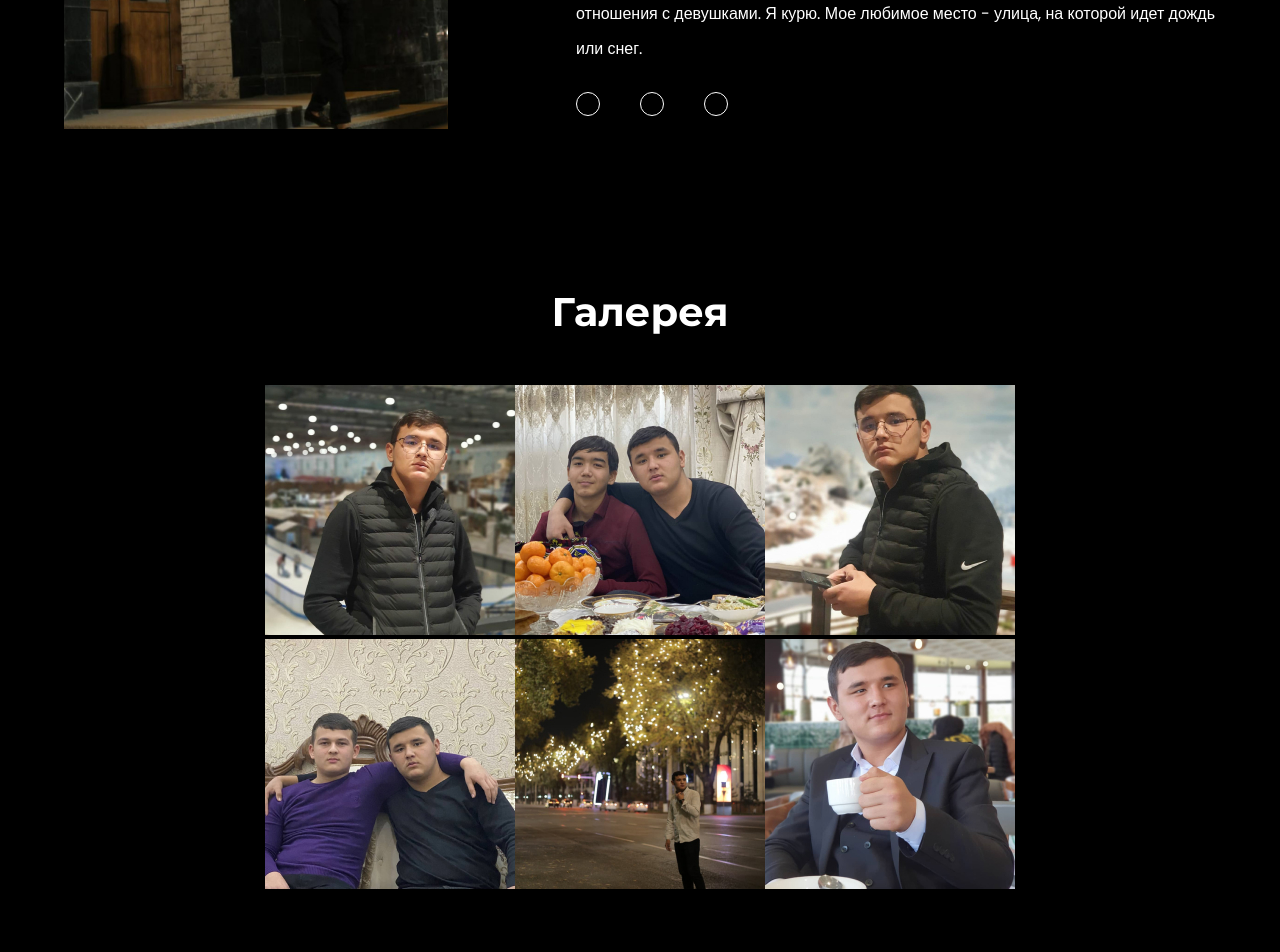
Repository: sardorexe/xishnik
Page: /
These files come from the project's save history. The page is drawn as it stood at one moment and after the next save; the edit follows.
The browser window is 1280 px wide. The pictures show the part of the page from y = 1208 to 2160 px (the page is 2160 px tall).
Some icons come from a web library that is not loaded, so they are not drawn. Some web libraries are served in a nearby version. The project was rebuilt for these pictures with package versions that can differ from the ones it lists, and the page was loaded fresh each time. Some packages were replaced by stand-ins written for this rebuild. The framework's server and built-in components were replaced by stand-ins that run in the browser. Also part of the build but not shown: next.config.js.

Above is the page before, as saved 2021-09-27 21:28:26.

### pages/_app.js
import "../styles/globals.css";
import Layout from "../comps/layout";
import Head from "next/head";

function MyApp({ Component, pageProps }) {
  return (
    <>
      <Head>
        <link
          rel="stylesheet"
          href="https://pro.fontawesome.com/releases/v5.10.0/css/all.css"
          integrity="sha384-AYmEC3Yw5cVb3ZcuHtOA93w35dYTsvhLPVnYs9eStHfGJvOvKxVfELGroGkvsg+p"
          crossorigin="anonymous"
        />
      </Head>
      <Layout>
        <Component {...pageProps} />
      </Layout>
    </>
  );
}

export default MyApp;

### pages/_document.js
import Document, { Html, Head, Main, NextScript } from "next/document";

class MyDocument extends Document {
  static async getInitialProps(ctx) {
    const initialProps = await Document.getInitialProps(ctx);
    return { ...initialProps };
  }

  render() {
    return (
      <Html lang="en">
        <Head />
        <body>
          <Main />
          <NextScript />
        </body>
      </Html>
    );
  }
}

export default MyDocument

### pages/index.js
import Head from "next/head";
import Biography from "../comps/Biography";
import Gallery from "../comps/Gallery";
import Header from "../comps/Header";

export default function Home() {
  return (
    <>
      <Head>
        <title>Xishnik</title>
        <meta name="description" content="Xishnik gang bang" />
        <link rel="preconnect" href="https://fonts.googleapis.com" />
        <link rel="preconnect" href="https://fonts.gstatic.com" crossOrigin />
        <link
          href="https://fonts.googleapis.com/css2?family=Montserrat:wght@100;300;400;700&family=Poppins:wght@300;400;500;700&family=Quicksand:wght@700&display=swap&family=Racing+Sans+One&display=swap"
          rel="stylesheet"
        />
      </Head>
      <Header />
      <Biography />
      <Gallery />
    </>
  );
}

### styles/globals.css
::-webkit-scrollbar {
  display: none;
}

html,
body {
  padding: 0;
  margin: 0;
  font-family: -apple-system, BlinkMacSystemFont, Segoe UI, Roboto, Oxygen,
    Ubuntu, Cantarell, Fira Sans, Droid Sans, Helvetica Neue, sans-serif;
  box-sizing: border-box;
}

h1,
h2,
h3,
h4,
h5,
h6,
p {
  margin: 0;
  padding: 0;
}

a {
  color: inherit;
  text-decoration: none;
}

* {
  box-sizing: border-box;
}

### comps/layout.js
import Indicator from "./Indicator";

export default function Layout({ children }) {
  return (
    <>
      <Indicator />
      {children}
    </>
  );
}

### comps/Biography.js
import styles from "../styles/Biography.module.css";
import { useState, useEffect } from "react";
import AboutBox from "./miniComp/AboutBox";
import SocialMedia from "./miniComp/SocialMedia";

export default function Biography() {
  const [age, setAge] = useState(0);

  const calcAge = () => {
    let date = new Date();
    setAge(date.getFullYear() - 2004);
  };

  useEffect(() => {
    calcAge();
  }, []);

  return (
    <main className={styles.container}>
      <h1 className={styles.contentTitle}>Биография</h1>
      <div className={styles.parentContent}>
        <div className={styles.img}>
          <img
            src="/biography.jpg"
            width="100%"
            alt="xishnik, ilhom, xiwnik, hishnik, hiwnik, litsey, yurist, xorazm, gurlan"
          />
        </div>
        <div className={styles.content}>
          <h2>
            <li>Ильхaм Эгамберганов</li>
          </h2>
          <div className={styles.about}>
            <AboutBox
              icon="fal fa-calendar"
              title="Дата рождения"
              content="22.12.2004"
            />
            <AboutBox
              icon="fas fa-map-marker-alt"
              title="Место рождения"
              content="Хорезм, Узбекистан"
            />
            <AboutBox
              icon="fas fa-briefcase"
              title="Профессия"
              content="Юрист"
            />
          </div>
          <p className={styles.more}>
            Как дела? Я Ильхом. Я родился в Хорезме. Мне {age} лет. Реалист.
            Сейчас я учусь в юридическом лицее в Ташкенте. У меня немного
            друзей, но они близкие. Например, Джахонгир, Бехруз, Дениз и Сухроб.
            Это наш круг. В целом у меня хорошие отношения с девушками. Я курю.
            Мое любимое место - улица, на которой идет дождь или снег.
          </p>
          <div className={styles.social}>
            <SocialMedia
              icon="fab fa-instagram"
              url="https://instagram.com/xishnik_3583"
            />
            <SocialMedia icon="fas fa-phone" url="tel:+998974533583" />
            <SocialMedia
              icon="fab fa-telegram-plane"
              url="https://t.me/MR_ILKHAM"
            />
          </div>
        </div>
      </div>
      <div className={styles.freeContent}></div>
    </main>
  );
}

### comps/Gallery.js
import styles from "../styles/Gallery.module.css";

export default function Gallery() {
  return (
    <section className={styles.container}>
      <h1 className={styles.title}>Галерея</h1>
      <div className={styles.photos}>
        <div className={styles.photo}>
          <img
            src="/gallery1.jpg"
            alt="Xishnik jalla xishnik, ilhom, xiwnik, hishnik, hiwnik, litsey, yurist, xorazm, gurlan"
          />
        </div>
        <div className={styles.photo}>
          <img
            src="/gallery2.jpg"
            alt="Xishnik jalla xishnik, ilhom, xiwnik, hishnik, hiwnik, litsey, yurist, xorazm, gurlan"
          />
        </div>
        <div className={styles.photo}>
          <img
            src="/gallery3.jpg"
            alt="Xishnik jalla xishnik, ilhom, xiwnik, hishnik, hiwnik, litsey, yurist, xorazm, gurlan"
          />
        </div>
        <div className={styles.photo}>
          <img
            src="/gallery4.jpg"
            alt="Xishnik jalla xishnik, ilhom, xiwnik, hishnik, hiwnik, litsey, yurist, xorazm, gurlan"
          />
        </div>
        <div className={styles.photo}>
          <img
            src="/gallery5.jpg"
            alt="Xishnik jalla xishnik, ilhom, xiwnik, hishnik, hiwnik, litsey, yurist, xorazm, gurlan"
          />
        </div>
        <div className={styles.photo}>
          <img
            src="/gallery6.jpg"
            alt="Xishnik jalla xishnik, ilhom, xiwnik, hishnik, hiwnik, litsey, yurist, xorazm, gurlan"
          />
        </div>
      </div>
      <div className={styles.freeSpace}></div>
    </section>
  );
}

### comps/Header.js
import styles from "../styles/Home.module.css";

export default function Header() {
  return (
    <>
      <header className={styles.header}>
        <div className={styles.background}>
          <video
            loop
            muted
            autoPlay
            style={{
              objectFit: "cover",
              height: "100%",
              width: "40%",
              opacity: "0.6",
            }}
            src="/background.mp4"
          ></video>
        </div>
        <div className={styles.content}>
          <div className={styles.textContent}>
            <h1>XISHNIK GANG</h1>
            <li> -- Я получу всё что хочу</li>
          </div>
        </div>
      </header>
    </>
  );
}

### comps/Indicator.js
import { useState, useEffect } from "react";

export default function Indicator() {
  const [width, setWidth] = useState(0);
  const watchScrolling = () => {
    let winScroll =
      document.body.scrollTop || document.documentElement.scrollTop;
    let height =
      document.documentElement.scrollHeight -
      document.documentElement.clientHeight;
    let scrolled = (winScroll / height) * 100;
    setWidth(scrolled);
  };

  useEffect(() => {
    window.onscroll = function () {
      watchScrolling();
    };
  }, [width]);

  return (
    <>
      <div className="indicator"></div>
      <style jsx>{`
        .indicator {
          position: fixed;
          top: 0;
          left: 0;
          width: ${width}%;
          height: 4px;
          background: #fff;
          z-index: 99999999;
        }
      `}</style>
    </>
  );
}

### styles/Biography.module.css
.container {
  background: #000;
  display: flex;
  flex-direction: column;
  justify-content: space-between;
  align-items: center;
  color: #fff;
  min-height: 100vh;
}

.contentTitle {
  font-family: "Montserrat", sans-serif;
  font-weight: bold;
  margin-top: 55px;
  font-size: 40px;
}

.parentContent {
  display: flex;
  flex-direction: row;
  justify-content: space-around;
  width: 100%;
}

.content {
  display: flex;
  flex-direction: column;
  align-items: flex-start;
  justify-content: space-around;
  width: 50%;
}

.content h2 {
  margin-bottom: 40px;
}

.img {
  overflow: hidden;
  width: 30%;
}

.img img {
  width: 100%;
  height: 100%;
  object-fit: cover;
}

.about {
  display: flex;
  flex-direction: row;
  align-items: center;
  justify-content: space-between;
  flex-wrap: wrap;
}

.more {
  font-family: "Poppins", sans-serif;
  font-weight: medium;
  line-height: 35px;
}

.social {
  display: flex;
  flex-direction: row;
  align-items: flex-start;
}

.freeContent {
  margin-top: 15px;
}

### comps/miniComp/AboutBox.js
export default function AboutBox({ icon, title, content }) {
  return (
    <>
      <div className="aboutBox">
        <div className="icon">
          <i className={icon}></i>
        </div>
        <div className="text">
          <p className="title">{title}</p>
          <p className="content">{content}</p>
        </div>
      </div>
      <style jsx>{`
        .aboutBox {
          display: flex;
          flex-direction: row;
          align-items: center;
          justify-content: center;
          margin: 0 10px 10px 0;
        }

        .icon {
          display: flex;
          align-items: center;
          justify-content: center;
          margin-right: 10px;
          padding: 10px;
          border-right: 1px solid #fff;
        }

        .title {
          font-family: "Montserrat", sans-serif;
          color: #5a5a5a;
        }

        .content {
          font-family: "Poppins", sans-serif;
          font-weight: bold;
        }

        .icon i {
          color: #fff;
        }
      `}</style>
    </>
  );
}

### comps/miniComp/SocialMedia.js
import styles from "../../styles/Social.module.css";
import Link from "next/link";

export default function SocialMedia({ icon, url }) {
  return (
    <Link href={url}>
      <a className={styles.button} target="_blank">
        <span className={styles.background}></span>
        <i className={icon}></i>
      </a>
    </Link>
  );
}

### styles/Gallery.module.css
.container {
  min-height: 100vh;
  background: #000;
  color: #fff;
  display: flex;
  flex-direction: column;
  align-items: center;
  justify-content: space-between;
}

.title {
  font-family: "Montserrat", sans-serif;
  font-weight: bold;
  padding-top: 55px;
  font-size: 40px;
  text-align: center;
}

.photos {
  width: 70%;
  display: flex;
  flex-direction: row;
  justify-content: center;
  align-items: center;
  flex-wrap: wrap;
}

.freeSpace {
  margin-top: 10px;
}

### styles/Home.module.css
.header {
  background-color: #000;
  height: 100vh;
  display: flex;
  justify-content: center;
  align-items: center;
}

.background {
  width: 80%;
  height: 100vh;
  position: absolute;
  top: 0;
  left: 0;
}

.content {
  margin-left: 80px;
  width: 60%;
  height: 100%;
  z-index: 9999;
  display: flex;
  justify-content: center;
  align-items: center;
  background: rgb(0, 0, 0);
}

.content h1 {
  font-family: 'Racing Sans One', cursive;
  font-size: 46px;
  margin: 0;
  font-weight: 700;
  z-index: 9999;
  color: #fff;
}

.content li {
  color: rgba(255, 255, 255, 0.527);
  font-family: 'Inter', sans-serif;
  font-weight: lighter;
}

### styles/Social.module.css
.button {
  position: relative;
  border: 1px solid #fff;
  padding: 11px;
  display: flex;
  justify-content: center;
  align-items: center;
  border-radius: 50px;
  overflow: hidden;
  margin-right: 40px;
}

.background {
  position: absolute;
  top: 0;
  left: 0;
  width: 100%;
  height: 100%;
  background-color: #fff;
  transform: scaleY(0);
  transform-origin: top center;
  transition: transform 0.3s cubic-bezier(0.445, 0.05, 0.55, 0.95);
}

.button:hover .background {
  transform-origin: bottom center;
  transform: scaleY(1);
}

.button i {
  color: #fff;
  z-index: 1;
  font-size: 20px;
  transition: color 0.3s ease;
}

.button:hover i {
    color: #000;
}

After the next save:
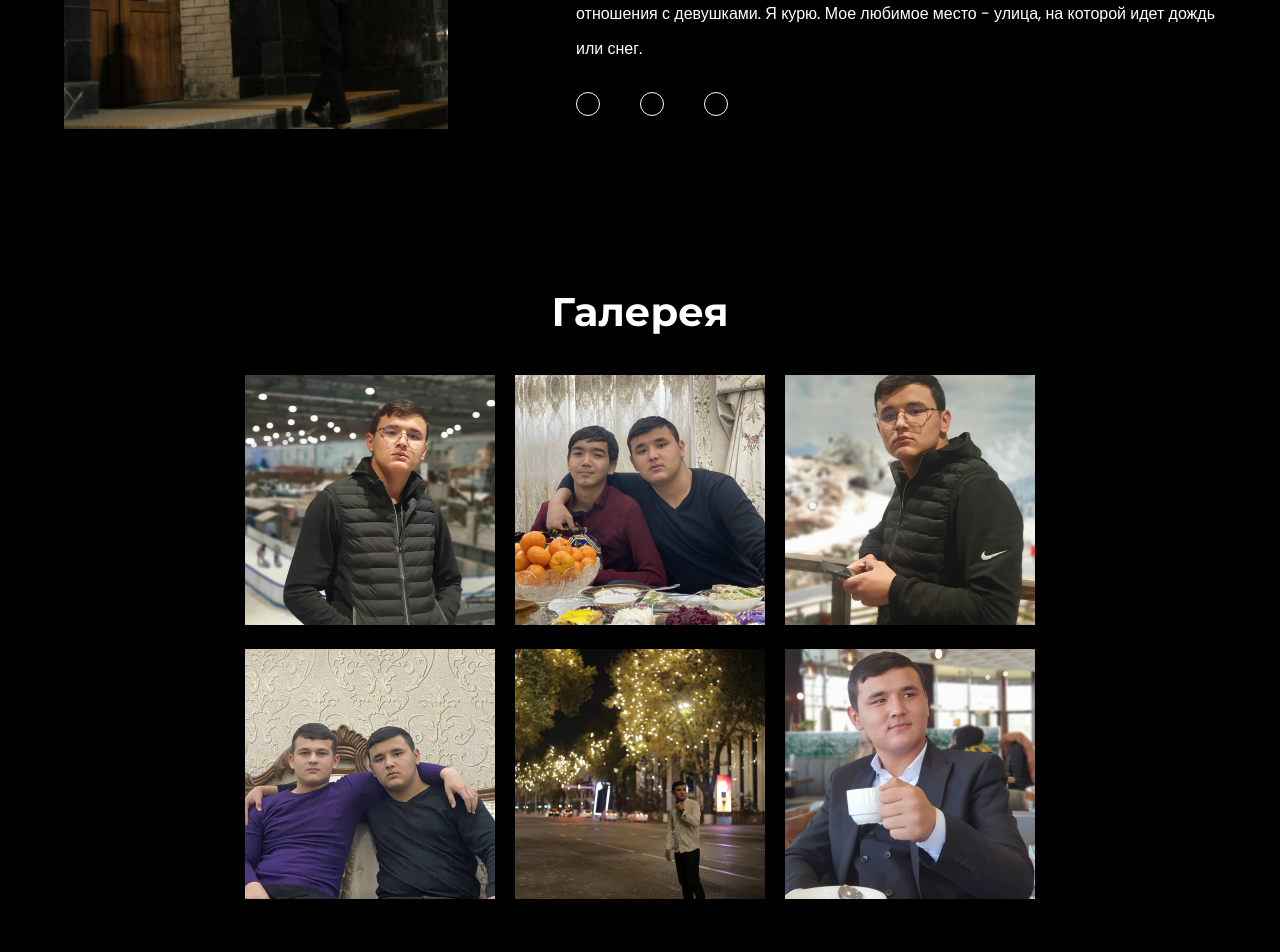
Saved 17 s later.
--- a/styles/Gallery.module.css
+++ b/styles/Gallery.module.css
@@ -25,6 +25,10 @@
   flex-wrap: wrap;
 }
 
+.photo {
+  margin: 10px;
+}
+
 .freeSpace {
   margin-top: 10px;
 }
